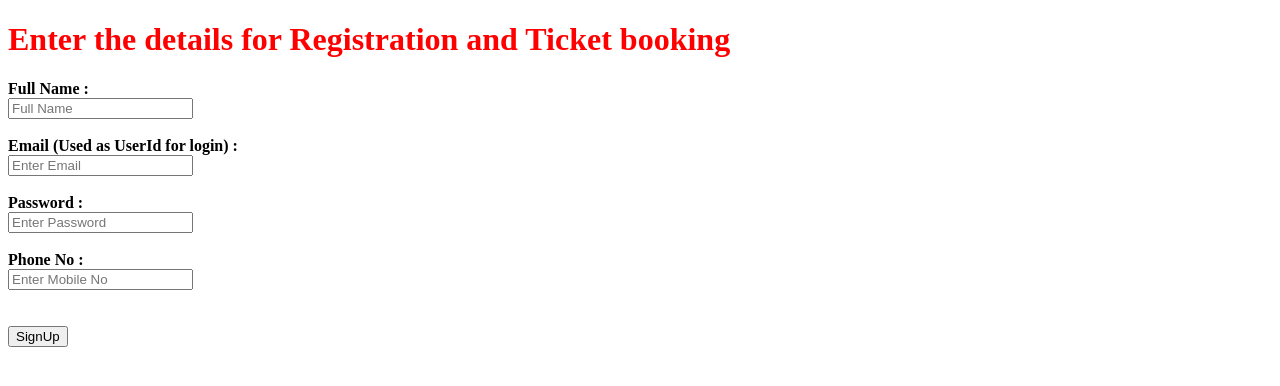
Repository: Shivani2392/FlyAwayProject
Page: http://localhost/FlightBookingPortal/UserResgistrationPage.jsp
The author's editor kept a copy of each file at every save. The page is drawn from the files as they stood at one save, then again after the next save.
The browser window is 1280 px wide. The pictures show the whole page.
The page is served by Tomcat 9. Other server files are loaded and not shown.

Above is the page before, as saved 2020-11-19 13:47:50.

### FlightBookingPortal/src/main/webapp/UserResgistrationPage.jsp
<%@ page language="java" contentType="text/html; charset=ISO-8859-1"
    pageEncoding="ISO-8859-1"%>
<!DOCTYPE html>
<html>
<head>
<meta charset="ISO-8859-1">
<title>Insert title here</title>
</head>
<body>
   <h1 style="color:red;">Enter the details for Registration and Ticket booking</h1>
   <form action="SignUpServlet" method="post" >
      <label for="uname"><b>Full Name : </b></label><br>
      <input type="text" placeholder="Full Name" name="uname" required>
      <br><br>
      <label for="mail"><b>Email (Used as UserId for login) : 	</b></label><br>
      <input type="email" placeholder="Enter Email" name="mail" required>
      <br><br>
      <label for="psw"><b>Password : 	</b></label><br>
      <input type="password" placeholder="Enter Password" name="psw" required>
      <br><br>
      <label for="Add"><b>Phone No : 	</b></label><br>
      <input type="text" placeholder="Enter Mobile No" name="Add" required>

      <br><br><br>
      <button type="submit">SignUp</button>
   </form>


</body>
</html>

After the next save:
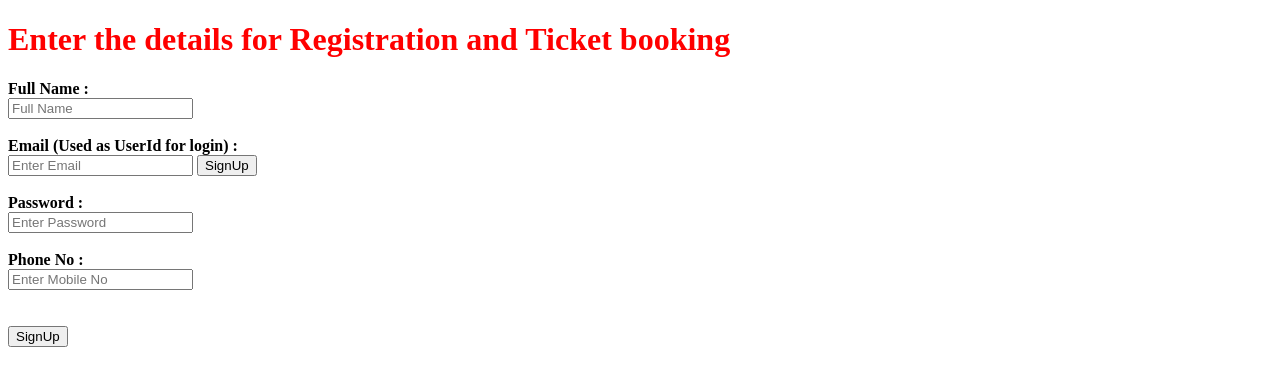
Saved 28 s later.
--- a/FlightBookingPortal/src/main/webapp/UserResgistrationPage.jsp
+++ b/FlightBookingPortal/src/main/webapp/UserResgistrationPage.jsp
@@ -14,6 +14,7 @@
       <br><br>
       <label for="mail"><b>Email (Used as UserId for login) : 	</b></label><br>
       <input type="email" placeholder="Enter Email" name="mail" required>
+      <button type="submit">SignUp</button>
       <br><br>
       <label for="psw"><b>Password : 	</b></label><br>
       <input type="password" placeholder="Enter Password" name="psw" required>

After the 2 saves that followed:
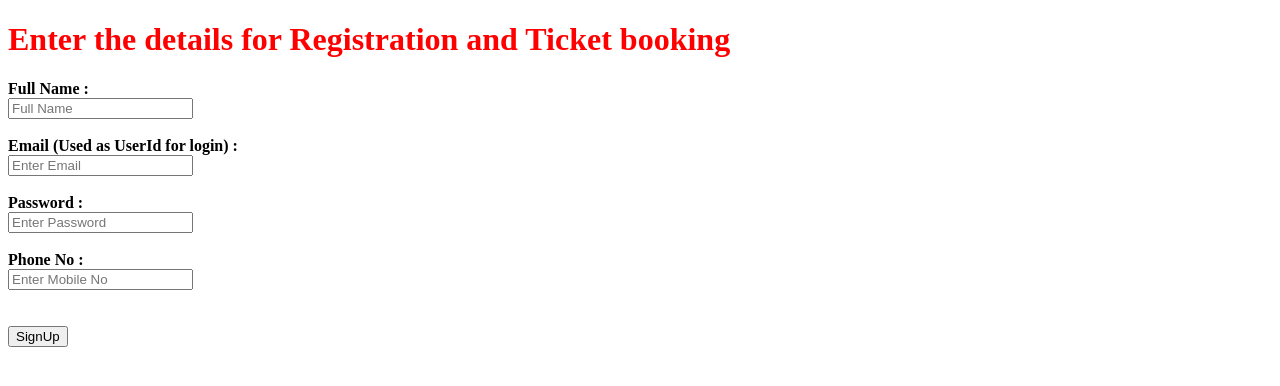
The 2 saves are shown as one change because 1 left the picture as it was.
The last was saved 67 s later.
--- a/FlightBookingPortal/src/main/webapp/UserResgistrationPage.jsp
+++ b/FlightBookingPortal/src/main/webapp/UserResgistrationPage.jsp
@@ -14,7 +14,6 @@
       <br><br>
       <label for="mail"><b>Email (Used as UserId for login) : 	</b></label><br>
       <input type="email" placeholder="Enter Email" name="mail" required>
-      <button type="submit">SignUp</button>
       <br><br>
       <label for="psw"><b>Password : 	</b></label><br>
       <input type="password" placeholder="Enter Password" name="psw" required>
